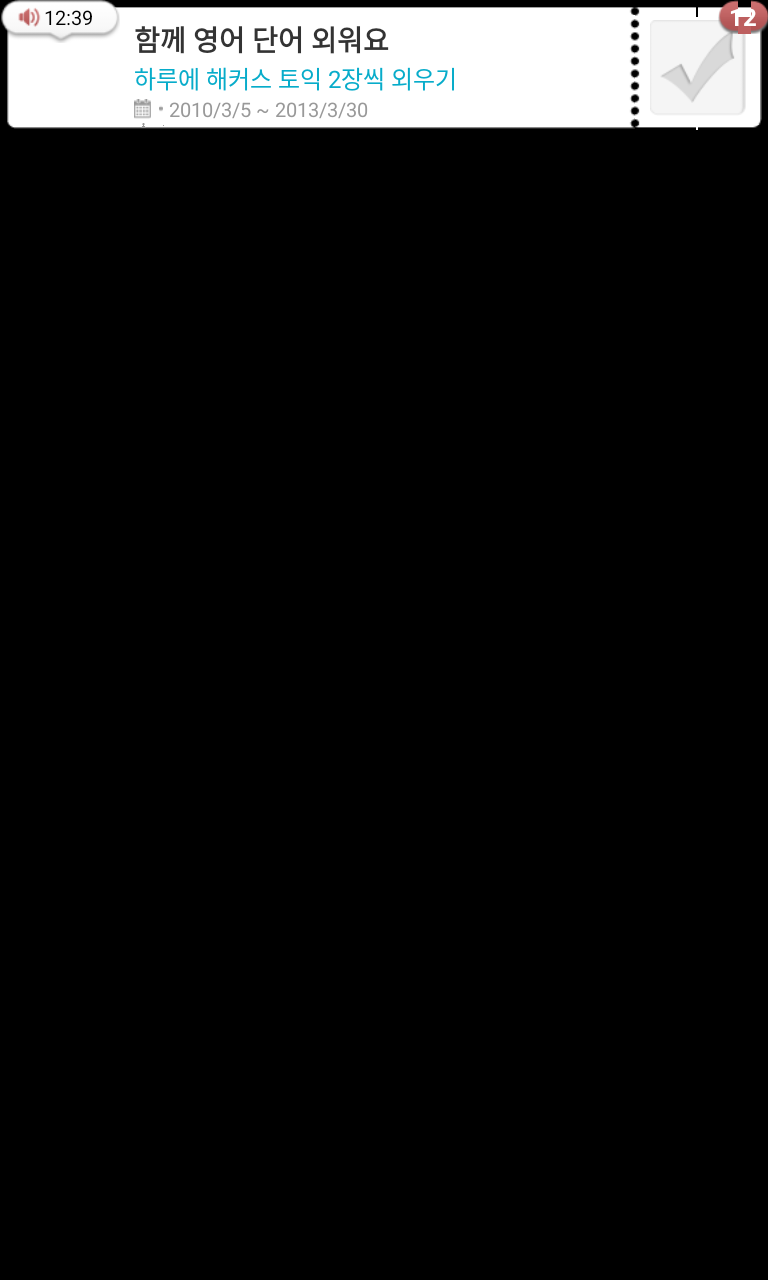
Repository: belhyun/witherest-android
Layout: Witherest/res/layout/mycheck_list_item_row.xml
An editor plug-in stored every save of this project. The layout is shown before and after the next save, followed by the edit.
It is drawn on a 768 x 1280 px phone screen (xhdpi) without system bars, with theme android:Theme.Holo; the app's code is not run.

Above is the layout before, as saved 2013-07-06 09:19:26.

### Witherest/res/layout/mycheck_list_item_row.xml
<?xml version="1.0" encoding="utf-8"?>
<RelativeLayout xmlns:android="http://schemas.android.com/apk/res/android"
    android:layout_width="fill_parent"
    android:layout_height="fill_parent"
    android:padding="0dip" >

    <RelativeLayout
        android:id="@+id/main_contaniner"
        android:layout_width="fill_parent"
        android:layout_height="wrap_content"
        android:clickable="true"
        android:padding="3dp" >

        <RelativeLayout
            android:id="@+id/mycheck_row_left_contaniner"
            android:layout_width="fill_parent"
            android:layout_height="62dp"
            android:layout_toLeftOf="@+id/mycheck_row_right_contaniner"
            android:background="@drawable/mycheck_list_row_on_off"
            android:clickable="true"
            android:padding="1dp" >

            <LinearLayout
                android:id="@+id/mycheck_row_thumbnail"
                android:layout_width="wrap_content"
                android:layout_height="wrap_content"
                android:layout_alignParentLeft="true"
                android:layout_centerVertical="true"
                android:layout_marginRight="5dip"
                android:gravity="center" >

                <ImageView
                    android:id="@+id/list_image"
                    android:layout_width="50dip"
                    android:layout_height="50dip"
                    android:layout_marginLeft="3dp"
                    android:layout_marginRight="5dp"
                     />
            </LinearLayout>

            <TextView
                android:id="@+id/mycheck_room_title_textview"
                android:layout_width="fill_parent"
                android:layout_height="wrap_content"
                android:layout_alignTop="@id/mycheck_row_thumbnail"
                android:layout_toRightOf="@id/mycheck_row_thumbnail"
                android:text="함께 영어 단어 외워요"
                android:textColor="#333333"
                android:textSize="14sp"
                android:textStyle="bold"
                />

            <TextView
                android:id="@+id/mycheck_room_purpose_textview"
                android:layout_width="fill_parent"
                android:layout_height="wrap_content"
                android:layout_below="@id/mycheck_room_title_textview"
                android:layout_toRightOf="@id/mycheck_row_thumbnail"
                android:ellipsize="end"
                android:maxLines="1"
                android:text="하루에 해커스 토익 2장씩 외우기"
                android:textColor="#07ACCA"
                android:textSize="12sp" />

            <LinearLayout
                android:id="@+id/mycheck_term_container"
                android:layout_width="fill_parent"
                android:layout_height="wrap_content"
                android:layout_alignParentRight="false"
                android:layout_below="@id/mycheck_room_purpose_textview"
                android:layout_toRightOf="@id/mycheck_row_thumbnail"
                android:gravity="center_vertical"
                android:orientation="horizontal" >

                <ImageView
                    android:layout_width="wrap_content"
                    android:layout_height="wrap_content"
                    android:src="@drawable/main_date_icon_bg" />

                <ImageView
                    android:layout_width="wrap_content"
                    android:layout_height="wrap_content"
                    android:layout_marginLeft="4dp"
                    android:layout_marginRight="3dp"
                    android:src="@drawable/main_dot_bg" />

                <TextView
                    android:id="@+id/mycheck_room_team_textview"
                    android:layout_width="fill_parent"
                    android:layout_height="wrap_content"
                    android:ellipsize="end"
                    android:maxLines="1"
                    android:text="2010/3/5 ~ 2013/3/30"
                    android:textColor="#999999"
                    android:textSize="10sp" />
            </LinearLayout>

            <LinearLayout
                android:layout_width="fill_parent"
                android:layout_height="wrap_content"
                android:layout_alignParentRight="false"
                android:layout_below="@id/mycheck_term_container"
                android:layout_toRightOf="@id/mycheck_row_thumbnail"
                android:gravity="center_vertical"
                android:orientation="horizontal" >

                <ImageView
                    android:layout_width="wrap_content"
                    android:layout_height="wrap_content"
                    android:src="@drawable/main_people_icon_bg" />

                <ImageView
                    android:layout_width="wrap_content"
                    android:layout_height="wrap_content"
                    android:layout_marginLeft="4dp"
                    android:layout_marginRight="3dp"
                    android:src="@drawable/main_dot_bg" />

                <TextView
                    android:id="@+id/mycheck_room_joincount_textview"
                    android:layout_width="fill_parent"
                    android:layout_height="wrap_content"
                    android:ellipsize="end"
                    android:maxLines="1"
                    android:text="10/30"
                    android:textColor="#999999"
                    android:textSize="10sp" />
            </LinearLayout>
        </RelativeLayout>

        <RelativeLayout
            android:id="@id/mycheck_row_right_contaniner"
            android:layout_width="wrap_content"
            android:layout_height="62dp"
            android:layout_alignParentRight="true"
            android:layout_alignParentTop="true"
            android:background="@drawable/main_checkbutton_bg2"
            android:gravity="center"
            android:padding="3dp" >

            <CheckBox
                android:id="@+id/mycheck_check_btn"
                android:layout_width="wrap_content"
                android:layout_height="wrap_content"
                android:background="@drawable/mycheck_check_button_of_off"
                android:button="@drawable/checkbox_bg" />
        </RelativeLayout>


    </RelativeLayout>

     <TextView
            android:id="@+id/alramtime_badge"
            android:layout_width="wrap_content"
            android:layout_height="wrap_content"
            android:layout_alignLeft="@id/main_contaniner"
            android:layout_alignTop="@id/main_contaniner"
            android:background="@drawable/alarm_notice_bg"
            android:gravity="center_horizontal|center_vertical"
            android:textColor="#000000"
            android:textSize = "10sp"
     		android:paddingBottom="4dp"
     		android:paddingLeft = "8dp"
            android:minWidth="25dp"
            android:text="12:39"
             />

    <TextView
            android:id="@+id/mycheck_badge"
            android:layout_width="wrap_content"
            android:layout_height="17dp"
            android:layout_alignRight="@id/main_contaniner"
            android:layout_alignTop="@id/main_contaniner"
            android:background="@drawable/main_checknumber_bg"
            android:padding="0dp"
            android:gravity="center_vertical|center_horizontal"
            android:textColor="#ffffff"
            android:textSize = "12sp"
            android:textStyle="bold"
            android:paddingBottom="20dp"
            android:minWidth="25dp"
            android:text="12"
             />

</RelativeLayout>

### Witherest/res/drawable/mycheck_list_row_on_off.xml
<?xml version="1.0" encoding="utf-8"?>
<selector xmlns:android="http://schemas.android.com/apk/res/android">

    <item android:drawable="@drawable/main_checkinformation_btn_off2" android:state_pressed="false" android:state_selected="false"/>
    <item android:drawable="@drawable/main_checkinformation_btn_on2" android:state_pressed="true"/>
    <item android:drawable="@drawable/main_checkinformation_btn_on2" android:state_pressed="false" android:state_selected="true"/>

</selector>

### Witherest/res/drawable/mycheck_check_button_of_off.xml
<?xml version="1.0" encoding="utf-8"?>
<selector
	xmlns:android="http://schemas.android.com/apk/res/android">
    <item
    	android:state_checked="true"
    	android:drawable="@drawable/main_checkbu_btn_on"/>
    <item
    	android:drawable="@drawable/main_checkbu_btn_off"/>
</selector>

### Witherest/res/drawable/checkbox_bg.xml
<?xml version="1.0" encoding="utf-8"?>
<shape xmlns:android="http://schemas.android.com/apk/res/android" >
    <solid android:color="#00ffffff"/>
</shape>

After the next save:
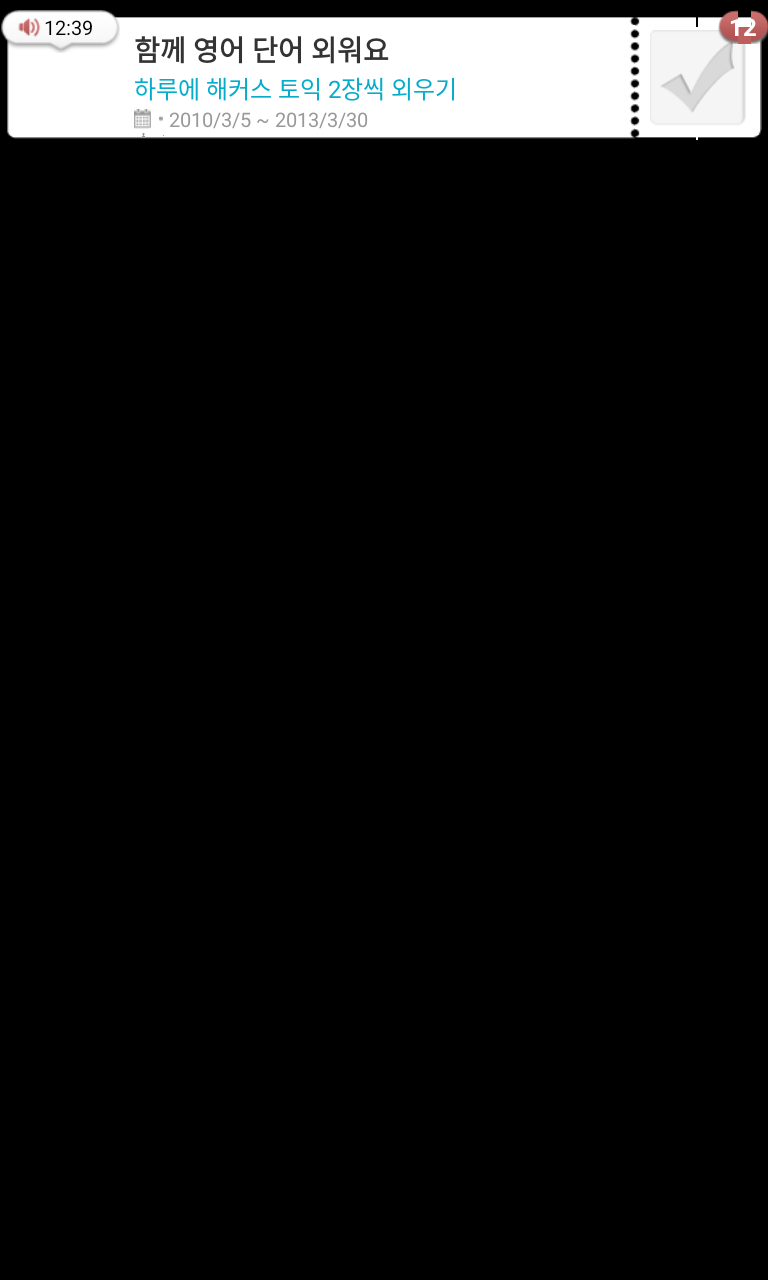
Saved 10 min 57 s later.
--- a/Witherest/res/layout/mycheck_list_item_row.xml
+++ b/Witherest/res/layout/mycheck_list_item_row.xml
@@ -2,7 +2,8 @@
 <RelativeLayout xmlns:android="http://schemas.android.com/apk/res/android"
     android:layout_width="fill_parent"
     android:layout_height="fill_parent"
-    android:padding="0dip" >
+    android:paddingTop="5dip"
+    android:paddingBottom="5dp" >
 
     <RelativeLayout
         android:id="@+id/main_contaniner"
